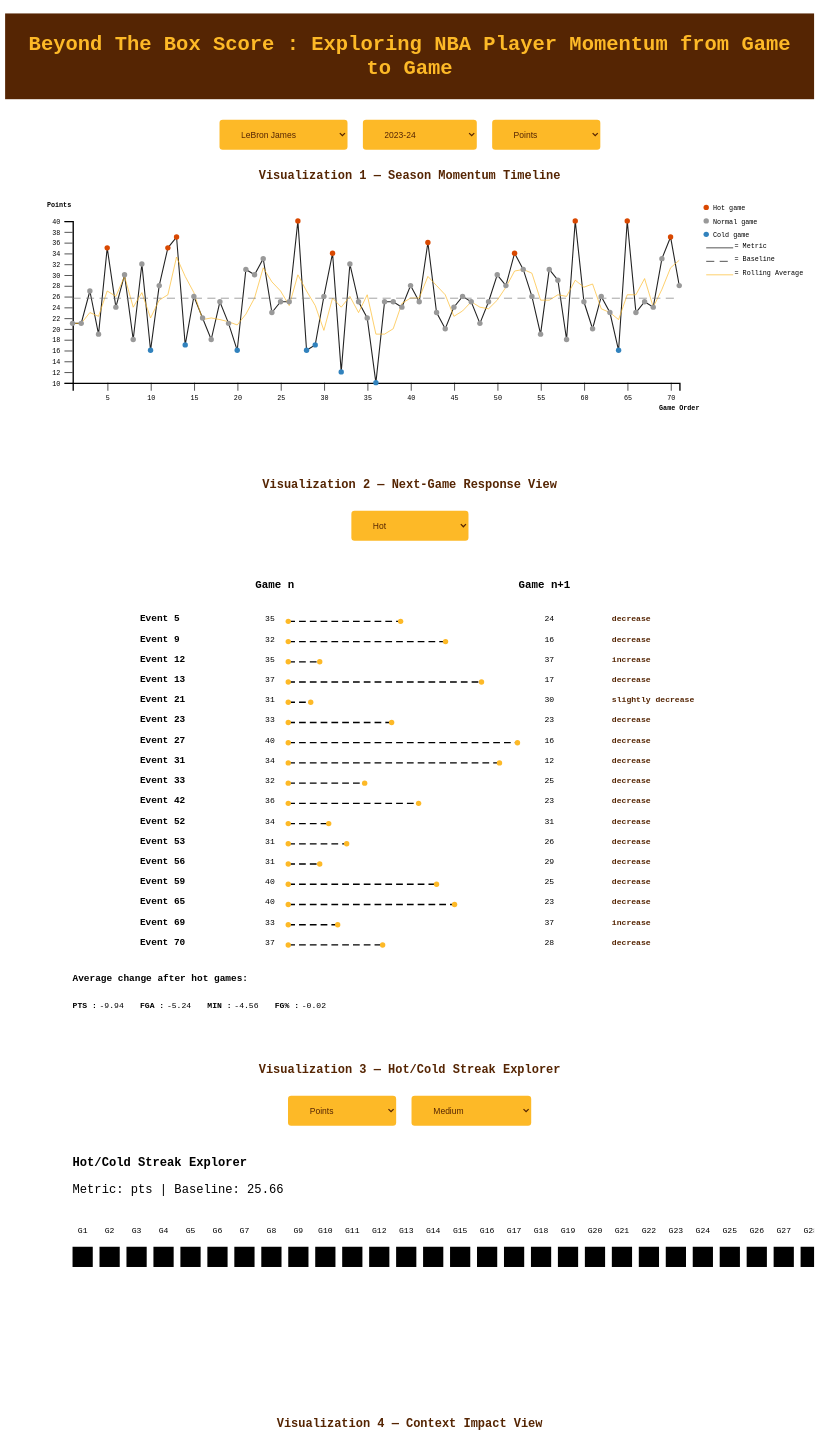
Repository: houdafatih/Data-Viz-Project
Page: index.html
An editor plug-in stored every save of this project. The page is shown before and after the next save, followed by the edit.
The browser window is 1280 px wide. The pictures show the whole page, at 64% of full size.

Above is the page before, as saved 2026-06-21 02:30:30.
Console error: TypeError: scale is not a function

### index.html
<!DOCTYPE html>
<html>
   <head>
    <meta charset="UTF-8"/>
    <title>Beyond The Box Score</title>
    <link rel="stylesheet" href="style.css" >
  </head>
  <body>
     <h1>Beyond The Box Score : Exploring NBA Player Momentum from Game to Game</h1>

     <div class="selection">
        <select id="playerSelect">
            <option selected disabled>Select a Player</option>
        </select>

        <select id="seasonSelect">
            <option selected disabled>Select a Season</option>
        </select>

        <select id="metricSelect">
            <option selected disabled>Select a metric</option>
            <option value="pts">Points</option>
            <option value="fga">FGA</option>
            <option value="min">Minutes</option>
            <option value="fg_pct">FG%</option>
            <option value="plus_minus">Plus/Minus</option>
        </select>
     </div>

     <h3>Visualization 1 — Season Momentum Timeline</h3>
     <div id="vizual1"></div>

     <h3>Visualization 2 — Next-Game Response View</h3>
     <div class="selection">
        <select id="performanceSelect">
            <option selected disabled>Select event type</option>
            <option value="all">All</option>
            <option value="hot">Hot</option>
            <option value="cold">Cold</option>
            <option value="normal">Normal</option>
        </select>
     </div>
     <div id="vizual2"></div>

     <h3>Visualization 3 — Hot/Cold Streak Explorer</h3>
     <div class="selection">
        <select id="metricSelectV3">
            <option selected disabled>Select a metric</option>
            <option value="pts">Points</option>
            <option value="fga">FGA</option>
            <option value="min">Minutes</option>
            <option value="fg_pct">FG%</option>
            <option value="plus_minus">Plus/Minus</option>
        </select>
        <select id="thresholdSelect">
        <option selected disabled>Select a threshold</option>
            <option value="loose">Loose</option>
            <option value="medium">Medium</option>
            <option value="strict">Strict</option>
        </select>
     </div>
     <div id="vizual3"></div>


     <h3>Visualization 4 — Context Impact View</h3>
     <div id="vizual4"></div>

  </body>
  <script src="https://d3js.org/d3.v7.min.js"></script>
  <script type="module" src="index.js"></script>
</html>

### style.css
body{
    padding: 0px;
}
h1{
  text-align: center;
  font-size: 2rem;
  font-family: "Courier New", Courier, monospace;
  color : #fdb927;
  background-color: #552503;
  padding: 30px;

}
.selection{
    text-align: center;
}
select{
    margin: 10px;
    padding: 15px 30px;
    border-radius: 5px;
    border: none;
    background: #fdb927;
    color:#552503;

}
select option:hover{
    background-color: #fdb927;
}



h3{
    color: #552503;
    font-family: "Courier New", Courier, monospace;
    text-align: center;
}
.tick{
    font-size: 5px;
}
line{
    stroke-width: 0.5px;
}
.label{
    color: #552503;
    font-family: "Courier New", Courier, monospace;
    font-weight: bold;
}

.tooltip{
    position: fixed;
    background: wheat;
    border: 1px solid #ccc;
    padding: 10px;
    font-size: 15px;
    opacity: 0;
    pointer-events: none;

}
text{
    font-family: "Courier New", Courier, monospace;
}
.tooltip2{
    position: fixed;
    background: #fdb927;
    border: 1px solid #ccc;
    padding: 10px;
    font-size: 15px;
    visibility: hidden;
    pointer-events: none;
}
.line2{
    stroke-width: 1px;
}

### index.js
import {playersData,seasonData} from "./scripts/utils.js";
import { drawVisualization1 } from "./scripts/visualization1.js";
import { drawVisualization2 } from "./scripts/visualization2.js";
import { drawVisualization3 } from "./scripts/visualization3.js";

d3.csv("data/nba.csv").then(function(data){

   data.forEach(element => {
        element.player_id = +element.player_id
        element.game_index = +element.game_index
        element.pts = +element.pts
        element.fga = +element.fga
        element.min = +element.min
        element.fg_pct = +element.fg_pct
        element.plus_minus = +element.plus_minus
        element.next_pts = +element.next_pts
        element.next_fga = +element.next_fga
        element.next_min = +element.next_min
        element.next_fg_pct = +element.next_fg_pct
        element.rolling_pts_avg_3 = +element.rolling_pts_avg_3
        element.baseline_pts = +element.baseline_pts
        element.pts_diff_from_baseline = +element.pts_diff_from_baseline
        element.streak_length = +element.streak_length
   });

   playersData(data)
   seasonData(data)

   const nba_data = data

   d3.select("#playerSelect").property("value",nba_data[0].player_name)

   d3.select("#seasonSelect").property("value",nba_data[0].season_year)

   d3.select("#metricSelect").property("value","pts")

   d3.select("#performanceSelect").property("value","hot")

   d3.select("#metricSelectV3").property("value","pts")

   d3.select("#thresholdSelect").property("value","medium")

   updateVisualizations(nba_data)


   d3.select("#playerSelect").on("change",() => updateVisualizations(nba_data))
   d3.select("#seasonSelect").on("change",() => updateVisualizations(nba_data))
   d3.select("#metricSelect").on("change",() => updateVisualizations(nba_data))
   d3.select("#performanceSelect").on("change",() => updateVisualizations(nba_data))
   d3.select("#metricSelectV3").on("change",() => updateVisualizations(nba_data))
   d3.select("#thresholdSelect").on("change",() => updateVisualizations(nba_data))

})

function updateVisualizations(nba_data){
    const player = d3.select("#playerSelect").property("value")
    const season = d3.select("#seasonSelect").property("value")
    const metric = d3.select("#metricSelect").property("value")

    const eventT = d3.select("#performanceSelect").property("value")

    const metricv3 = d3.select("#metricSelectV3").property("value")
    const threshold =d3.select("#thresholdSelect").property("value")

    if(player === "Select a Player" || season === "Select a Season" || metric === "Select a metric"){
        return
    }

    let data_filter = nba_data.filter(d => d.player_name === player && d.season_year == season)
    drawVisualization1(data_filter,"#vizual1",metric)

    if(eventT === "Select event type"){
        return
    }
    drawVisualization2(data_filter,"#vizual2",metric,eventT)

    if(metricv3 === "Select a metric" || threshold === "Select a threshold"){
        return
    }
    drawVisualization3(data_filter,"#vizual3",metricv3,threshold)
}

### scripts/utils.js
export function playersData(data){
    const players_list = [...new Set(data.map(dt => dt.player_name))]

    d3.select("#playerSelect").selectAll(".players-options").data(players_list)
    .enter().append("option").attr("class","players-options").attr("value",dt=>dt).text(dt => dt)
}

export function seasonData(data){
    const seasons_list = [...new Set(data.map(dt => dt.season_year))]
    d3.select("#seasonSelect").selectAll(".seasons-options").data(seasons_list)
    .enter().append("option").attr("class","seasons-options").attr("value",dt=>dt).text(dt => dt)
}

### scripts/visualization1.js
export function drawVisualization1(data,id,metric){
     if(data.length === 0) {
        clearCanvas(id)
        return
    }
     const canvas = createCanvas()

     clearCanvas(id)

     const svg = addSvg(id,canvas)
     const sc = addScales(data,canvas,metric)

     addAxes(svg,sc,canvas)
     addMetricLine(svg,sc,data,metric)
     addAverageLine(svg,sc,data,metric)
     addBaselineLine(svg,sc,data,metric)
     addPoints(svg,sc,data,metric)
     addLabels(svg,canvas,metric)

     addLegends(svg,canvas)
}

function createCanvas(){
    return{
        width : 600, height: 200, margin:{top: 20,right:100, bottom:60, left:50}
    }
}

function clearCanvas(id){
    d3.select(id).html("")
}

function addSvg(id,canvas){
    return d3.select(id).append("svg").attr("viewBox",`0 0 ${canvas.width} ${canvas.height}`)
}

function addScales(data,canvas,metric){
    const xScale =
    d3.scaleLinear().domain(d3.extent(data,dt => dt.game_index))
    .range([canvas.margin.left,canvas.width - canvas.margin.right])

    const yScale =
      d3.scaleLinear().domain([d3.min(data,d => d[metric]),d3.max(data,d => d[metric])])
      .nice().range([canvas.height - canvas.margin.bottom,canvas.margin.top])

    return {xScale,yScale}
}

function addAxes(svg, scales, canvas){
    svg.append("g").attr("transform",`translate(0, ${canvas.height - canvas.margin.bottom})`)
    .call(d3.axisBottom(scales.xScale))

    svg.append("g").attr("transform",`translate(${canvas.margin.left},0)`)
    .call(d3.axisLeft(scales.yScale))
}

function addMetricLine(svg,scales,data,metric){
    let line = d3.line().x(d => scales.xScale(d.game_index)).y(d => scales.yScale(d[metric]))

    svg.append("path").datum(data).attr("fill","none").attr("stroke","#222")
     .attr("stroke-width",0.8).attr("d",line)
}

function addAverageLine(svg,scales,data,metric){
    if(metric != "pts") return
    let avg_line = d3.line().x(d => scales.xScale(d.game_index)).y(d => scales.yScale(d.rolling_pts_avg_3))

    svg.append("path").datum(data).attr("fill","none").attr("stroke","#fdb927")
     .attr("stroke-width",0.5).attr("d",avg_line)
}

function addBaselineLine(svg,scales,data,metric){

    let base_line = d3.mean(data,d => d[metric])


    svg.append("line")
    .attr("x1",scales.xScale(d3.min(data,dt => dt.game_index))).attr("x2",scales.xScale(d3.max(data,dt => dt.game_index)))
    .attr("y1",scales.yScale(base_line)).attr("y2",scales.yScale(base_line))
    .attr("stroke","#777").attr("stroke-dasharray","6 4")
}

function addPoints(svg,scales,data,metric){
    const tooltip = toolTip()

    svg.selectAll("circle").data(data).enter()
     .append("circle").attr("class","game-pt")
     .attr("cx", d => scales.xScale(d.game_index))
     .attr("cy",d => scales.yScale(d[metric]))
     .attr("r",2).attr("fill",d => colorPoint(d.performance_label))
     .on("mouseover",function(event,d){
        d3.select(this).attr("r",3)
        tooltip.style("opacity",1).html(tooltipInformations(d))
     })
     .on("mousemove",function(event){
        tooltip.style("left",event.clientX+15+"px")
          .style("top",event.clientY-20+"px")
     })
     .on("mouseout",function(){
        d3.select(this)
        .attr("r",2)
        tooltip.style("opacity",0)
     })
     //.on("click",function(event,d){
       // highlightGameandNextGame(svg,data,d)
    // })



}

function colorPoint(perf){
    if(perf === "hot") return "#d94801"
    if(perf === "cold") return "#3182bd"
    return "#999"
}

function addLabels(svg,canvas,metric){
    svg.append("text").attr("class","label")
    .attr("x",canvas.width - 100).attr("y",canvas.height-40)
    .attr("text-anchor","middle").attr("font-size","5px")
    .text("Game Order")

    svg.append("text").attr("class","label")
    .attr("x",40).attr("y",10)
    .attr("text-anchor","middle").attr("font-size","5px")
    .text(metricName(metric))
}

function metricName(metric){
    if(metric === "pts") return "Points"
    if(metric === "fga") return "Field Goal Attempts"
    if(metric === "min") return "Minutes"
    if(metric === "fg_pct") return "Field Goal Percentage"
    if(metric === "plus_minus") return "Plus / Minus"
}

function addLegends(svg,canvas){
    const lg = svg.append("g").attr("transform",
        `translate(${canvas.width - canvas.margin.right+20},${canvas.margin.top-10})`)


    lg.append("circle").attr("cx",0).attr("cy",0).attr("r",2).attr("fill","#d94801")
    lg.append("text").attr("x",5).attr("y",2).text("Hot game").attr("font-size","5px")

    lg.append("circle").attr("cx",0).attr("cy",10).attr("r",2).attr("fill","#999")
    lg.append("text").attr("x",5).attr("y",12).text("Normal game").attr("font-size","5px")

    lg.append("circle").attr("cx",0).attr("cy",20).attr("r",2).attr("fill","#3182bd")
    lg.append("text").attr("x",5).attr("y",22).text("Cold game").attr("font-size","5px")


    lg.append("line").attr("x1",0).attr("x2",20).attr("y1",30).attr("y2",30)
    .attr("stroke","black").attr("stroke-width",2)
    lg.append("text").attr("x",21).attr("y",30).text(" = Metric").attr("font-size","5px")

    lg.append("line").attr("x1",0).attr("x2",20).attr("y1",40).attr("y2",40)
    .attr("stroke","black").attr("stroke-dasharray","6 4")
    lg.append("text").attr("x",21).attr("y",40).text(" = Baseline").attr("font-size","5px")

    lg.append("line").attr("x1",0).attr("x2",20).attr("y1",50).attr("y2",50)
    .attr("stroke-width",2).attr("stroke","#fdb927")
    lg.append("text").attr("x",21).attr("y",50).text(" = Rolling Average").attr("font-size","5px")
}

function toolTip(){
    let tooltip = d3.select("body").select(".tooltip")
    if(tooltip.empty()){
        tooltip = d3.select("body").append("div").attr("class","tooltip")
    }

    return tooltip
}

function tooltipInformations(data){
    return `<strong> Game ${data.game_index} </strong><br>
            Date : ${data.game_date}<br>
            Home/Away : ${data.home_away}<br>
            Points : ${data.pts}<br>
            Minutes : ${data.min}<br>
            FGA : ${data.fga}<br>
            Next Game Points : ${data.next_pts}<br>`
}

function highlightGameandNextGame(svg,data,selected){
    const nextG = data.find(d => d.game_index === selected.game_index + 1)

    svg.selectAll(".game-point").attr("r",8).attr("stroke","none").attr("opacity",0.4)

    svg.selectAll(".game-point").filter(d => d.game_index === selected.game_index)
    .attr("stroke","black").attr("stroke-width",3).attr("r",5).attr("opacity",1)

    if(nextG){
        svg.selectAll(".game-point").filter(d => d.game_index === nextG.game_index)
       .attr("stroke","#3182bd").attr("stroke-width",3).attr("r",8).attr("opacity",1)
    }
}

### scripts/visualization2.js
export function drawVisualization2(data,id,metric,eventT){
    if(data.length === 0) {
        clearCanvas(id)
        return
    }


     let new_data = createData(data,metric)

     if(eventT !== "all"){
        new_data = new_data.filter(d => performance_filter(d.current_g,data,metric) === eventT)
     }

     const canvas = createCanvas(new_data)

     clearCanvas(id)

     const svg = addSvg(id,canvas)

     draw_Header(svg,200,400)
     draw_Rows(svg,new_data,200,400,canvas.margin,15)
     addSummaryCard(svg,new_data,eventT,canvas)

}
function createCanvas(new_data){
    return{
        width : 600, height: 100 + new_data.length *16 , margin:{top: 20,right:100, bottom:60, left:50}
    }
}

function clearCanvas(id){
    d3.select(id).html("")
}

function addSvg(id,canvas){
    return d3.select(id).append("svg").attr("viewBox",`0 0 ${canvas.width} ${canvas.height}`)
}

function createData(data,metric){
   const new_data = data.slice().sort((a,b) => a.game_index - b.game_index)

   return new_data.slice(0,-1).map((d,j) => {
      const nextG = new_data[j+1]

      return {
        eventN: j+1,
        game_idx : d.game_index,
        nextg_index : nextG.game_index,
        current_v: d[metric],
        next_v : nextG[metric],
        difference : nextG[metric] - d[metric],
        current_g : d,
        next_g : nextG
      }
   })
}

function draw_Header(svg,left,right){
    svg.append("text").attr("x",left).attr("y",30)
    .attr("text-anchor","middle").attr("font-weight","bold").attr("font-size","8px").text("Game n")

    svg.append("text").attr("x",right).attr("y",30)
    .attr("text-anchor","middle").attr("font-weight","bold").attr("font-size","8px").text("Game n+1")

}

function draw_Rows(svg,new_data,left,right,margin,r_height){
    const tooltip = toolTip2(new_data)

    const rows = svg.selectAll(".response-row").data(new_data).enter()
     .append("g").attr("class","response-row")
     .attr("transform",(d,j) => `translate(0,${margin.top+j*r_height})`)

    rows.append("text").attr("x",100).attr("y",35).text(d =>`Event ${d.eventN}` )
     .attr("font-size","7px").attr("font-weight","bold")
    rows.append("text").attr("x",left).attr("y",35).attr("text-anchor","end").text(d => d.current_v).attr("font-size","6px")

    const line_scale = d3.scaleLinear().domain([0,d3.max(new_data, d => Math.abs(d.difference))]).range([20,180])

    rows.append("line").attr("x1",left+10).attr("class","line2")
    .attr("x2",d => { const l= line_scale(Math.abs(d.difference))
        return left+l

    })
    .attr("y1",35).attr("y2",35).attr("stroke","black").attr("stroke-dasharray","5 3")
    .on("mouseover",function(event,d){
        tooltip.style("visibility","visible").html(tooltipInformations2(d))
     })
     .on("mousemove",function(event){
        tooltip.style("left",event.clientX+15+"px")
          .style("top",event.clientY-20+"px")
     })
     .on("mouseout",function(){
        tooltip.style("visibility","hidden")
     })

    rows.append("circle").attr("cx",left+10).attr("cy",35).attr("r",2).attr("fill","#fdb927")
    rows.append("circle").attr("cx",d => { const l= line_scale(Math.abs(d.difference))
        return left+l

    }).attr("cy",35).attr("r",2).attr("fill","#fdb927")

    rows.append("text").attr("x",right).attr("y",35).text(d => d.next_v).attr("font-size","6px")

    rows.append("text").attr("x",right+50).attr("y",35).text(d => difference_label(d.difference))
    .attr("font-size","6px").attr("fill","#552503").attr("font-weight","bold")

}

function difference_label(diff){
    if(diff > 1) return "increase"
    if(diff < -1) return "decrease"
    if(diff < 0) return "slightly decrease"
    if(diff > 0) return "slightly increase"
    return "stable"
}

function performance_filter(d,data,metric){
   const bLine = d3.mean(data,dt => dt[metric])
   const th = Math.abs(bLine) * 0.2
   const dv = d[metric] - bLine

   if(dv > th) return "hot"
   if(dv < -th) return "cold"
   return "normal"
}

function addSummaryCard(svg,new_data,eventT,canvas){

    svg.append("text").attr("x",50).attr("y",canvas.height-50)
    .attr("font-weight","bold").text(`Average change after ${eventT} games:`).attr("font-size","7px")

    const metrics_change = new_data.map(d => {
        const pts = d.current_g["next_pts"] - d.current_g["pts"]
        const fga = d.current_g["next_fga"] - d.current_g["fga"]
        const min = d.current_g["next_min"] - d.current_g["min"]
        const fg_pct = d.current_g["next_fg_pct"] - d.current_g["fg_pct"]

        return {"pts":pts,"fga":fga,"min":min,"fg_pct":fg_pct}
    })

    const means = [
        {"avg":d3.mean(metrics_change,d => d.pts),"name":"PTS"},
        {"avg":d3.mean(metrics_change,d => d.fga),"name":"FGA"},
        {"avg":d3.mean(metrics_change,d => d.min),"name":"MIN"},
        {"avg":d3.mean(metrics_change,d => d.fg_pct),"name":"FG%"}
    ]

    means.forEach((element,i) => {
        let position = canvas.margin.left+i*50
        svg.append("text").attr("x",position).attr("y",canvas.height-30)
        .attr("font-size","6px").attr("font-weight","bold")
        .text(`${element.name} : `)
        svg.append("text").attr("x",position+20).attr("y",canvas.height-30)
        .attr("font-size","6px")
        .text(`${element.avg.toFixed(2)}`)

    });

}

function toolTip2(){
    let tooltip = d3.select("body").select(".tooltip2")
    if(tooltip.empty()){
        tooltip = d3.select("body").append("div").attr("class","tooltip2")
    }

    return tooltip
}

function tooltipInformations2(data){
    console.log(data)
    return `<strong> Game n - Date: ${data.current_g["game_date"]} </strong><br>
            <strong> Game n - Opponent: ${data.current_g["opponent"]} </strong><br>
            <strong> Game n - Points: ${data.current_g["pts"]} </strong><br>
            <strong> Game n+1 - Date: ${data.next_g["game_date"]} </strong><br>
            <strong> Game n+1 - Opponent: ${data.next_g["opponent"]} </strong><br>
            <strong> Game n+1 - Points: ${data.next_g["pts"]} </strong><br>
    `
}

### scripts/visualization3.js
export function drawVisualization3(data,id,metric,threshold){
     if(data.length === 0) {
        clearCanvas(id)
        return
    }
     const canvas = createCanvas()

     clearCanvas(id)

     const svg = addSvg(id,canvas)

     const baseline_classif = calculateBaselineAndClassifyGames(data,metric)
     const scale = colorScale()

     addTitle(svg,canvas,baseline_classif.baseline,metric)

     addLablels(svg,baseline_classif.classification,canvas)

     addCells(svg,baseline_classif.classification,canvas,scale)


}

function createCanvas(){
    return{
        width : 600, height: 200, margin:{top: 20,right:100, bottom:60, left:50}
    }
}

function clearCanvas(id){
    d3.select(id).html("")
}

function addSvg(id,canvas){
    return d3.select(id).append("svg").attr("viewBox",`0 0 ${canvas.width} ${canvas.height}`)
}

function calculateBaselineAndClassifyGames(data,metric)
{
  const baseline = d3.mean(data,dt=> dt[metric])

  const classification = data.map((d,j)=> {
    let perf_label = ""
    if(d[metric] > baseline + 5){
        perf_label = "hot"
    }else if(d[metric] < baseline - 5){
        perf_label = "cold"
    }
    else perf_label = "normal"

    return {
        ...d,
        g_num : j+1,
        perf_label:perf_label,
        difference : d[metric] - baseline
    }
  })

    return{
        baseline : baseline,
        classification : classification
    }
}

function colorScale(){
    const color_sc = d3.scaleOrdinal()
    .domain(["hot","normal","cold"])
    .range(["#d73027","#fff","#4575b4"])
}

function addTitle(svg,canvas,baseline,metric){
    svg.append("text").attr("x",canvas.margin.left).attr("y",25).attr("font-size","9px")
    .attr("font-weight","bold").text("Hot/Cold Streak Explorer")

    svg.append("text").attr("x",canvas.margin.left).attr("y",45).attr("font-size","9px")
    .text(`Metric: ${metric} | Baseline: ${baseline.toFixed(2)}`)
}

function addLablels(svg, classification,canvas){
    svg.selectAll(".game-label").data(classification).enter().append("text").attr("class","game-label")
    .attr("x",(d,j) => canvas.margin.left + j * 20 + 15 /2).attr("y",75).attr("text-anchor","middle")
    .attr("font-size","6px").text(d => `G${d.g_num}`)
}

function addCells(svg, classification,canvas,scale){
    svg.selectAll(".game-cell").data(classification).enter().append("rect").attr("class","game-cell")
    .attr("x",(d,j) => canvas.margin.left + j * 20).attr("y",85).attr("width",15).attr("height",15)
    .attr("fill",d => scale(d.perf_label)).attr("stroke","#222").attr("stroke-width",1)
}

After the next save:
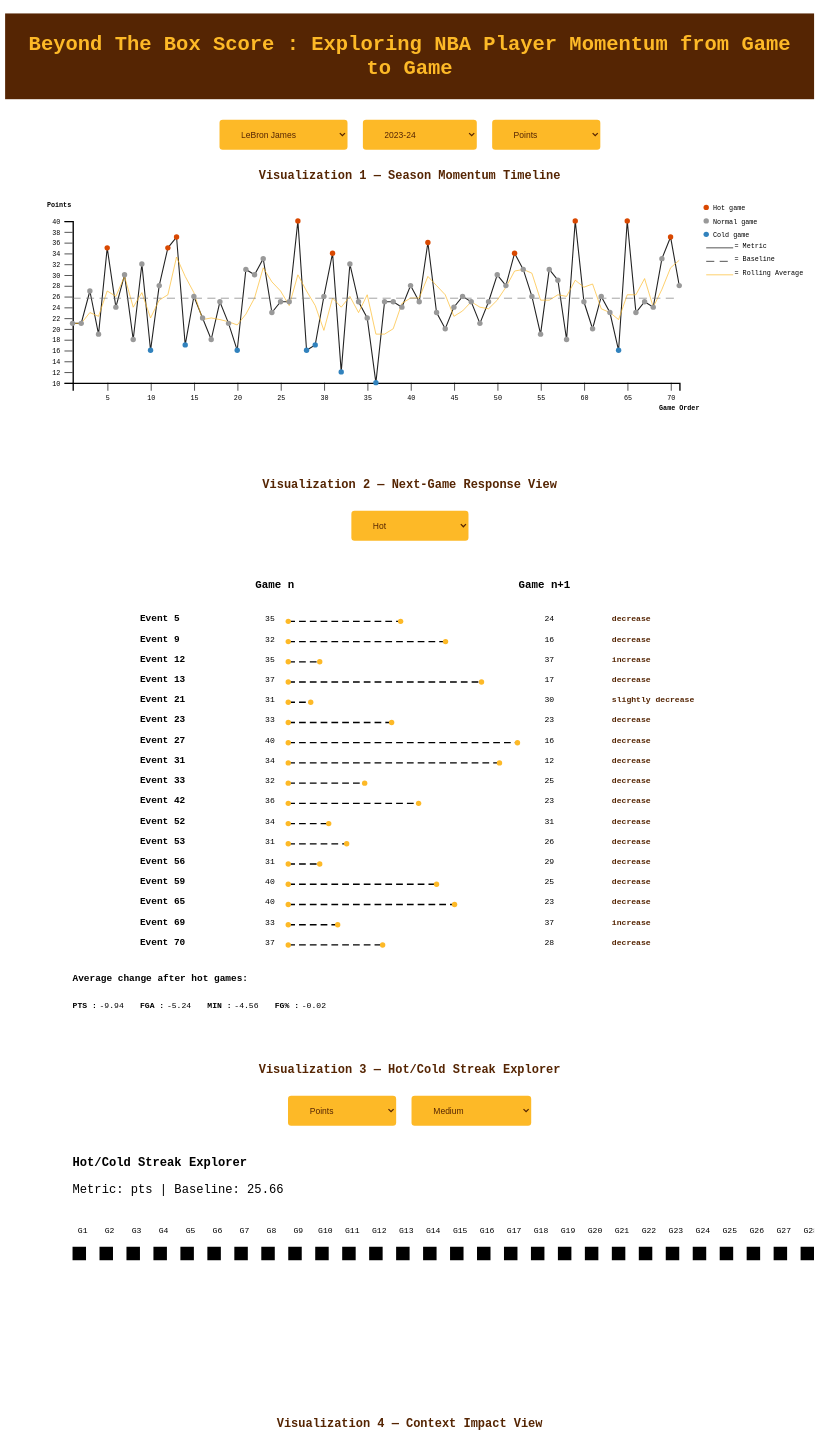
Saved 60 s later.
--- a/scripts/visualization3.js
+++ b/scripts/visualization3.js
@@ -84,6 +84,6 @@
 
 function addCells(svg, classification,canvas,scale){
     svg.selectAll(".game-cell").data(classification).enter().append("rect").attr("class","game-cell")
-    .attr("x",(d,j) => canvas.margin.left + j * 20).attr("y",85).attr("width",15).attr("height",15)
+    .attr("x",(d,j) => canvas.margin.left + j * 20).attr("y",85).attr("width",10).attr("height",10)
     .attr("fill",d => scale(d.perf_label)).attr("stroke","#222").attr("stroke-width",1)
 }
